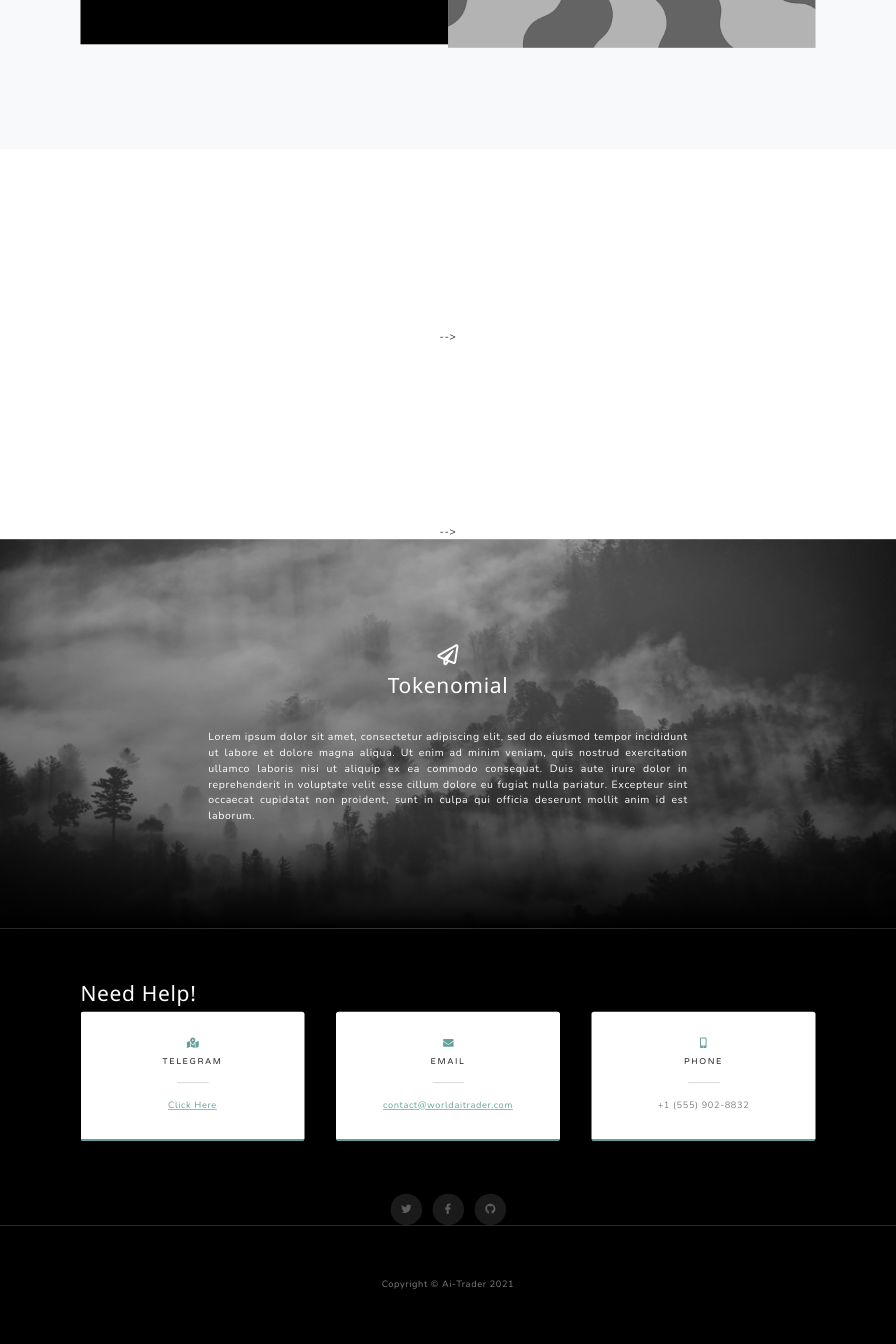
Repository: seyicoded/ico_one
Page: index.html
The author's editor kept a copy of each file at every save. The page is drawn from the files as they stood at one save, then again after the next save.
The browser window is 1280 px wide. The pictures show the part of the page from y = 2786 to 4706 px (the page is 4706 px tall before and 4661 px after), at 70% of full size.

Above is the page before, as saved 2022-03-06 14:57:56.

### index.html
<!DOCTYPE html>
<html lang="en">
    <head>
        <meta charset="utf-8" />
        <meta name="viewport" content="width=device-width, initial-scale=1, shrink-to-fit=no" />
        <meta name="description" content="" />
        <meta name="author" content="" />
        <title>Ai-Trader</title>
        <link rel="icon" type="image/x-icon" href="assets/favicon.ico" />
        <!-- Font Awesome icons (free version)-->
        <script src="https://use.fontawesome.com/releases/v5.15.4/js/all.js" crossorigin="anonymous"></script>
        <!-- Google fonts-->
        <link href="https://fonts.googleapis.com/css?family=Varela+Round" rel="stylesheet" />
        <link href="https://fonts.googleapis.com/css?family=Nunito:200,200i,300,300i,400,400i,600,600i,700,700i,800,800i,900,900i" rel="stylesheet" />
        <!-- Core theme CSS (includes Bootstrap)-->
        <link href="css/w3.css" rel="stylesheet" />
        <link href="css/styles.css" rel="stylesheet" />
        <link href="css/animate.css" rel="stylesheet" />
        <link href="css/custom.css" rel="stylesheet" />
        <script src="js/jquery.js"></script>
        <script src="js/wow.js"></script>
        <script src="js/bs.js"></script>
        <script type="text/javascript">
            //Initiat WOW JS
            window.onload = function(){
                $("#loaderr").hide();
                new WOW().init();
            }
            // new WOW().init();
        </script>
        <style>
            #loaderr{
                position: fixed;
                z-index: 99;
                top: 0;
                bottom: 0;
                left: 0;
                right: 0;
                background: linear-gradient(grey, black);
                display: flex;
                justify-content: center;
                align-items: center;
            }
            #skip-loader{
                position: fixed;
                bottom: 3%;
                right: 3%;
                background-color: transparent;
                color: white;
                border: none;
            }
        </style>
    </head>
    <body id="page-top">
        <!--  loader start -->
        <div id="loaderr">
            <img src="assets/svg/Spin-0.5s-247px.svg" />
            <button id="skip-loader" onclick="$('#loaderr').hide()">skip</button>
        </div>
        <!-- loader stop -->

        <!-- Navigation-->
        <nav class="navbar navbar-expand-lg navbar-light fixed-top" id="mainNav">
            <div class="container px-4 px-lg-5">
                <a class="navbar-brand" href="#page-top">Ai-Trader</a>
                <button class="navbar-toggler navbar-toggler-right" type="button" data-bs-toggle="collapse" data-bs-target="#navbarResponsive" aria-controls="navbarResponsive" aria-expanded="false" aria-label="Toggle navigation">
                    Menu
                    <i class="fas fa-bars"></i>
                </button>
                <div class="collapse navbar-collapse" id="navbarResponsive">
                    <ul class="navbar-nav ms-auto">
                        <li class="nav-item"><a class="nav-link" href="#about">About</a></li>
                        <li class="nav-item"><a class="nav-link" href="#trade">How to Trade</a></li>
                        <li class="nav-item"><a class="nav-link" href="#roadmap">Road Map</a></li>
                        <li class="nav-item"><a class="nav-link" href="#team">The Team</a></li>
                        <li class="nav-item"><a class="nav-link" href="#token">Tokenomics</a></li>
                    </ul>
                </div>
            </div>
        </nav>
        <!-- Masthead-->
        <header class="masthead">
            <div class="container px-4 px-lg-5 d-flex h-100 align-items-center justify-content-center">
                <div class="d-flex justify-content-center">
                    <div class="text-center">
                        <h1 class="mx-auto my-0 text-uppercase wow fadeIn animated" data-wow-duration="1090ms" data-wow-delay="1000ms">We Got You Covered</h1>
                        <h2 class="text-white-50 mx-auto mt-2 mb-5 wow fadeIn animated" data-wow-duration="1090ms" data-wow-delay="1300ms">An Artificial Intelligence You Can Trust.</h2>
                        <a class="btn btn-white white wow fadeIn animated" style="font-weight: bolder;" href="#about"  data-wow-duration="1090ms" data-wow-delay="1600ms">Get Started</a>
                    </div>
                </div>
            </div>
        </header>
        <!-- About-->
        <section class="about-section text-center" id="about">
            <div class="container px-4 px-lg-5">
                <div class="row gx-4 gx-lg-5 justify-content-center">
                    <div class="col-lg-8">
                        <h2 class="text-white mb-4 wow fadeInLeft animated" data-wow-duration="600ms" data-wow-delay="400ms">About Ai-Trader</h2>
                        <p class="text-white-50 wow fadeInLeft animated" data-wow-duration="600ms" data-wow-delay="600ms">
                            The Crypto Market is a space with so many coins to buy, this can be a challenge for newbies and even "experienced hands". Why stress when there's rest in Ai-Trader. <br />
                            Ai-Trader is a trading App that trades on your behalf, with low risk and great reward. <br />
                            Ai-Trader is a system designed to save you time, mental stress of going through the details of different tokens. The bot checks the market for the best option and makes apt decisions to your advantage.
                        </p>
                    </div>
                    <img class="img-fluid" src="assets/img/robot-doing-data-analysis.svg" style="filter: grayscale(20%); position: absolute; opacity: 19%; height: 400px;" alt="..." />
                </div>
                <!-- <img class="img-fluid" src="assets/img/ipad.png" style="filter: grayscale(80%); position: absolute; opacity: 30%;" alt="..." /> -->
                <div style="height: 100px;">&nbsp;</div>
            </div>
        </section>
        <!-- Projects-->
        <section class="projects-section bg-light" id="trade">
            <div class="container px-4 px-lg-5">
                <h1 style="text-align: center; font-weight: bold;">Ai-Trader Simple Steps</h1>
                <br />
                <!-- Featured Project Row-->
                <div class="row gx-0 mb-4 mb-lg-5 align-items-center wow fadeInLeft animated" data-wow-duration="600ms" data-wow-delay="400ms">
                    <div class="col-xl-5 col-lg-5"><img class="img-fluid mb-3 mb-lg-0" src="assets/count/1.png" style="height: 300px; width: 100%; filter: grayscale(80);" alt="..." /></div>
                    <div class="col-xl-7 col-lg-7">
                        <div class="featured-text text-center text-lg-left">
                            <h4>Step One</h4>
                            <p class="text-black-50 mb-0">Choose the most stable coin or coin with high prospects of rising.!</p>
                        </div>
                    </div>
                </div>
                <!-- Project One Row-->
                <div class="row gx-0 mb-5 mb-lg-0 justify-content-center wow fadeInLeft animated" data-wow-duration="600ms" data-wow-delay="400ms">
                    <div class="col-lg-6"><img class="img-fluid" src="assets/count/2.png" style="filter: grayscale(80);" alt="..." /></div>
                    <div class="col-lg-6">
                        <div class="bg-black text-center h-100 project">
                            <div class="d-flex h-100">
                                <div class="project-text w-100 my-auto text-center text-lg-left">
                                    <h4 class="text-white">Two</h4>
                                    <p class="mb-0 text-white-50">Initiate a trade.</p>
                                    <hr class="d-none d-lg-block mb-0 ms-0" />
                                </div>
                            </div>
                        </div>
                    </div>
                </div>
                <!-- Project Two Row-->
                <div class="row gx-0 justify-content-center wow fadeInLeft animated" data-wow-duration="600ms" data-wow-delay="400ms">
                    <div class="col-lg-6"><img class="img-fluid" src="assets/count/3.png" style="filter: grayscale(80);" alt="..." /></div>
                    <div class="col-lg-6 order-lg-first">
                        <div class="bg-black text-center h-100 project">
                            <div class="d-flex h-100">
                                <div class="project-text w-100 my-auto text-center text-lg-right">
                                    <h4 class="text-white">Three</h4>
                                    <p class="mb-0 text-white-50">Takes you out of the trade after reaching the margin you've set.!</p>
                                    <hr class="d-none d-lg-block mb-0 me-0" />
                                </div>
                            </div>
                        </div>
                    </div>
                </div>
            </div>
        </section>

        <section class="roadmap-section" id="roadmap">
            <div class="container px-4 px-lg-5">
                <div class="row gx-4 gx-lg-5">
                    <div class="col-md-10 col-lg-8 mx-auto text-center">
                        <i class="far fa-paper-plane fa-2x mb-2 text-white"></i>
                        <h2 class="text-white mb-5">Road Map</h2>

                        <div style="color: white; text-align: justify;">
                            Lorem ipsum dolor sit amet, consectetur adipiscing elit, sed do eiusmod tempor incididunt ut labore et dolore magna aliqua. Ut enim ad minim veniam, quis nostrud exercitation ullamco laboris nisi ut aliquip ex ea commodo consequat. Duis aute irure dolor in reprehenderit in voluptate velit esse cillum dolore eu fugiat nulla pariatur. Excepteur sint occaecat cupidatat non proident, sunt in culpa qui officia deserunt mollit anim id est laborum.
                        </div>

                        </form> -->
                    </div>
                </div>
            </div>
        </section>

        <section class="team-section" id="team">
            <div class="container px-4 px-lg-5">
                <div class="row gx-4 gx-lg-5">
                    <div class="col-md-10 col-lg-8 mx-auto text-center">
                        <i class="far fa-paper-plane fa-2x mb-2 text-white"></i>
                        <h2 class="text-white mb-5">The Team</h2>

                        <div style="color: white; text-align: justify;">
                            Lorem ipsum dolor sit amet, consectetur adipiscing elit, sed do eiusmod tempor incididunt ut labore et dolore magna aliqua. Ut enim ad minim veniam, quis nostrud exercitation ullamco laboris nisi ut aliquip ex ea commodo consequat. Duis aute irure dolor in reprehenderit in voluptate velit esse cillum dolore eu fugiat nulla pariatur. Excepteur sint occaecat cupidatat non proident, sunt in culpa qui officia deserunt mollit anim id est laborum.
                        </div>

                        </form> -->
                    </div>
                </div>
            </div>
        </section>

        <!-- Signup-->
        <section class="signup-section" id="token">
            <div class="container px-4 px-lg-5">
                <div class="row gx-4 gx-lg-5">
                    <div class="col-md-10 col-lg-8 mx-auto text-center">
                        <i class="far fa-paper-plane fa-2x mb-2 text-white"></i>
                        <h2 class="text-white mb-5">Tokenomial</h2>
                        <!-- * * * * * * * * * * * * * * *-->
                        <!-- * * SB Forms Contact Form * *-->
                        <!-- * * * * * * * * * * * * * * *-->
                        <!-- This form is pre-integrated with SB Forms.-->
                        <!-- To make this form functional, sign up at-->
                        <!-- https://startbootstrap.com/solution/contact-forms-->
                        <!-- to get an API token!-->
                        <div style="color: white; text-align: justify;">
                            Lorem ipsum dolor sit amet, consectetur adipiscing elit, sed do eiusmod tempor incididunt ut labore et dolore magna aliqua. Ut enim ad minim veniam, quis nostrud exercitation ullamco laboris nisi ut aliquip ex ea commodo consequat. Duis aute irure dolor in reprehenderit in voluptate velit esse cillum dolore eu fugiat nulla pariatur. Excepteur sint occaecat cupidatat non proident, sunt in culpa qui officia deserunt mollit anim id est laborum.
                        </div>
                        <!-- <form class="form-signup" id="contactForm" data-sb-form-api-token="API_TOKEN">

                            <div class="row input-group-newsletter">
                                <div class="col"><input class="form-control" id="emailAddress" type="email" placeholder="Enter email address..." aria-label="Enter email address..." data-sb-validations="required,email" /></div>
                                <div class="col-auto"><button class="btn btn-primary disabled" id="submitButton" type="submit">Notify Me!</button></div>
                            </div>
                            <div class="invalid-feedback mt-2" data-sb-feedback="emailAddress:required">An email is required.</div>
                            <div class="invalid-feedback mt-2" data-sb-feedback="emailAddress:email">Email is not valid.</div>




                            <div class="d-none" id="submitSuccessMessage">
                                <div class="text-center mb-3 mt-2 text-white">
                                    <div class="fw-bolder">Form submission successful!</div>
                                    To activate this form, sign up at
                                    <br />
                                    <a href="https://startbootstrap.com/solution/contact-forms">https://startbootstrap.com/solution/contact-forms</a>
                                </div>
                            </div>




                            <div class="d-none" id="submitErrorMessage"><div class="text-center text-danger mb-3 mt-2">Error sending message!</div></div>
                        </form> -->
                    </div>
                </div>
            </div>
        </section>

        <!-- Contact-->
        <section class="contact-section bg-black">
            <div class="container px-4 px-lg-5">
                <h2 class="text-white">Need Help!</h2>

                <div class="row gx-4 gx-lg-5">
                    <div class="col-md-4 mb-3 mb-md-0">
                        <div class="card py-4 h-100">
                            <div class="card-body text-center">
                                <i class="fas fa-map-marked-alt text-primary mb-2"></i>
                                <h4 class="text-uppercase m-0">Telegram</h4>
                                <hr class="my-4 mx-auto" />
                                <div class="small text-black-50"><a href="https://t.me/AITRADERCOM">Click Here</a></div>
                            </div>
                        </div>
                    </div>
                    <div class="col-md-4 mb-3 mb-md-0">
                        <div class="card py-4 h-100">
                            <div class="card-body text-center">
                                <i class="fas fa-envelope text-primary mb-2"></i>
                                <h4 class="text-uppercase m-0">Email</h4>
                                <hr class="my-4 mx-auto" />
                                <div class="small text-black-50"><a href="mailto:contact@worldaitrader.com">contact@worldaitrader.com</a></div>
                            </div>
                        </div>
                    </div>
                    <div class="col-md-4 mb-3 mb-md-0">
                        <div class="card py-4 h-100">
                            <div class="card-body text-center">
                                <i class="fas fa-mobile-alt text-primary mb-2"></i>
                                <h4 class="text-uppercase m-0">Phone</h4>
                                <hr class="my-4 mx-auto" />
                                <div class="small text-black-50">+1 (555) 902-8832</div>
                            </div>
                        </div>
                    </div>
                </div>
                <div class="social d-flex justify-content-center">
                    <a class="mx-2" href="#!"><i class="fab fa-twitter"></i></a>
                    <a class="mx-2" href="#!"><i class="fab fa-facebook-f"></i></a>
                    <a class="mx-2" href="#!"><i class="fab fa-github"></i></a>
                </div>
            </div>
        </section>
        <!-- Footer-->
        <footer class="footer bg-black small text-center text-white-50"><div class="container px-4 px-lg-5">Copyright &copy; Ai-Trader 2021</div></footer>
        <!-- Bootstrap core JS-->
        <script src="https://cdn.jsdelivr.net/npm/bootstrap@5.1.3/dist/js/bootstrap.bundle.min.js"></script>
        <!-- Core theme JS-->
        <script src="js/scripts.js"></script>

        <script src="https://cdn.startbootstrap.com/sb-forms-latest.js"></script>
    </body>
</html>

### js/scripts.js
/*!
* Start Bootstrap - Grayscale v7.0.4 (https://startbootstrap.com/theme/grayscale)
* Copyright 2013-2021 Start Bootstrap
* Licensed under MIT (https://github.com/StartBootstrap/startbootstrap-grayscale/blob/master/LICENSE)
*/
//
// Scripts
//

window.addEventListener('DOMContentLoaded', event => {

    // Navbar shrink function
    var navbarShrink = function () {
        const navbarCollapsible = document.body.querySelector('#mainNav');
        if (!navbarCollapsible) {
            return;
        }
        if (window.scrollY === 0) {
            navbarCollapsible.classList.remove('navbar-shrink')
        } else {
            navbarCollapsible.classList.add('navbar-shrink')
        }

    };

    // Shrink the navbar
    navbarShrink();

    // Shrink the navbar when page is scrolled
    document.addEventListener('scroll', navbarShrink);

    // Activate Bootstrap scrollspy on the main nav element
    const mainNav = document.body.querySelector('#mainNav');
    if (mainNav) {
        new bootstrap.ScrollSpy(document.body, {
            target: '#mainNav',
            offset: 74,
        });
    };

    // Collapse responsive navbar when toggler is visible
    const navbarToggler = document.body.querySelector('.navbar-toggler');
    const responsiveNavItems = [].slice.call(
        document.querySelectorAll('#navbarResponsive .nav-link')
    );
    responsiveNavItems.map(function (responsiveNavItem) {
        responsiveNavItem.addEventListener('click', () => {
            if (window.getComputedStyle(navbarToggler).display !== 'none') {
                navbarToggler.click();
            }
        });
    });

});

Loaded but not shown: css/w3.css (library); css/styles.css (library); css/animate.css (library); js/jquery.js (library); js/wow.js (library); js/bs.js (library); css/custom.css (no stored copy; drawn as an empty file)

After the next save:
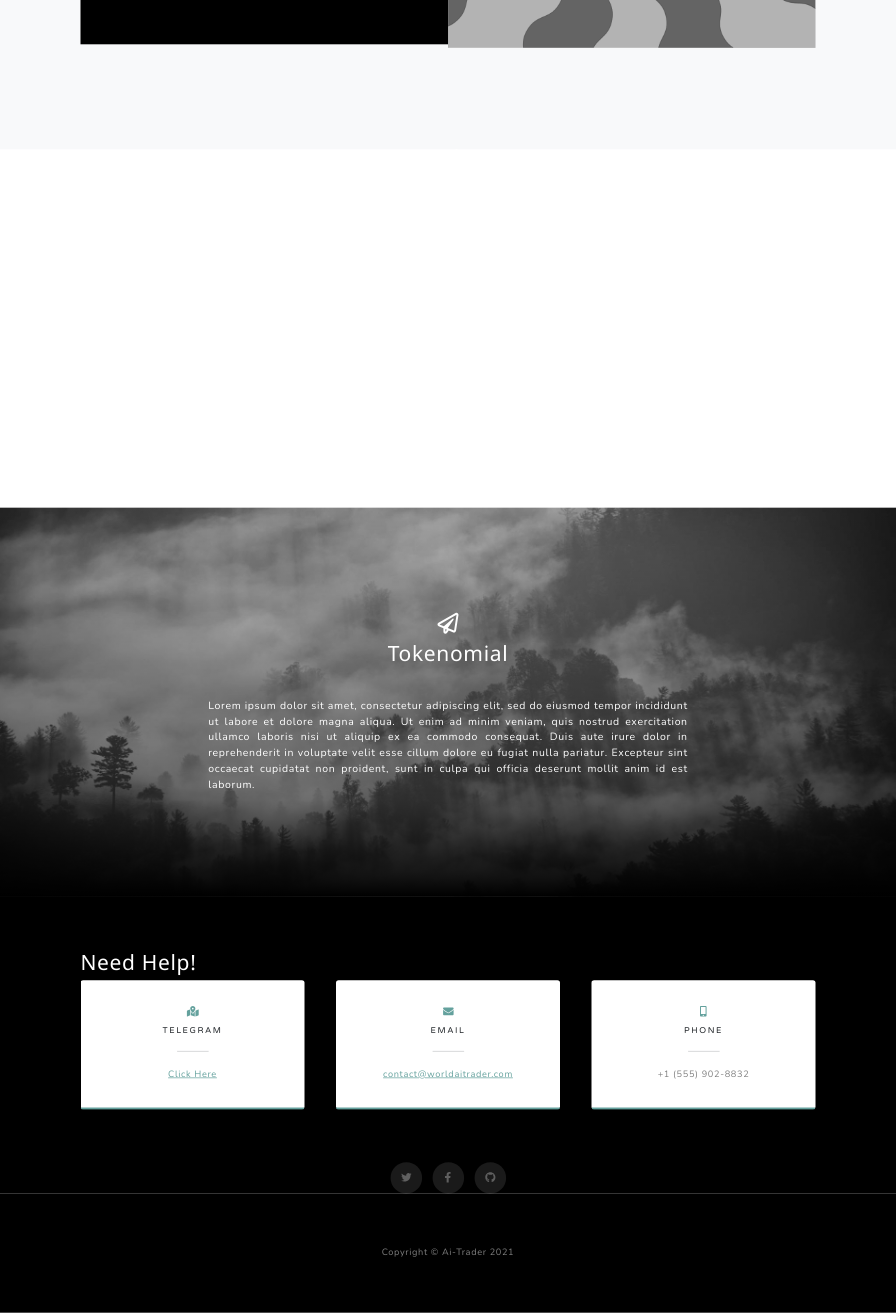
Saved 31 s later.
--- a/index.html
+++ b/index.html
@@ -167,7 +167,6 @@
                             Lorem ipsum dolor sit amet, consectetur adipiscing elit, sed do eiusmod tempor incididunt ut labore et dolore magna aliqua. Ut enim ad minim veniam, quis nostrud exercitation ullamco laboris nisi ut aliquip ex ea commodo consequat. Duis aute irure dolor in reprehenderit in voluptate velit esse cillum dolore eu fugiat nulla pariatur. Excepteur sint occaecat cupidatat non proident, sunt in culpa qui officia deserunt mollit anim id est laborum.
                         </div>
 
-                        </form> -->
                     </div>
                 </div>
             </div>
@@ -184,7 +183,6 @@
                             Lorem ipsum dolor sit amet, consectetur adipiscing elit, sed do eiusmod tempor incididunt ut labore et dolore magna aliqua. Ut enim ad minim veniam, quis nostrud exercitation ullamco laboris nisi ut aliquip ex ea commodo consequat. Duis aute irure dolor in reprehenderit in voluptate velit esse cillum dolore eu fugiat nulla pariatur. Excepteur sint occaecat cupidatat non proident, sunt in culpa qui officia deserunt mollit anim id est laborum.
                         </div>
 
-                        </form> -->
                     </div>
                 </div>
             </div>
